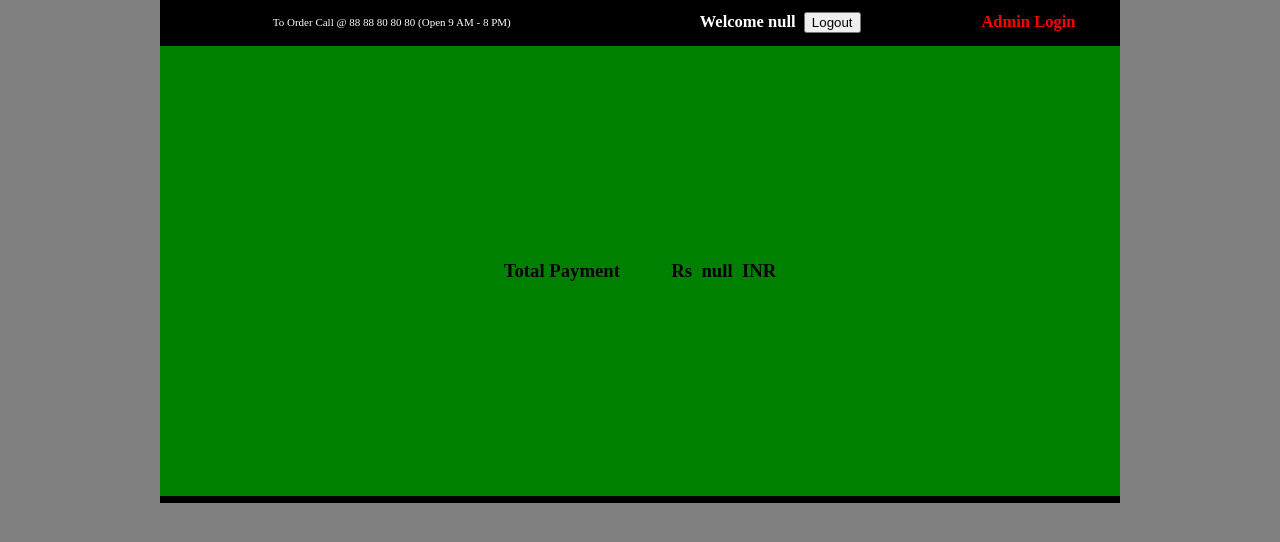
Repository: aashi12/e_mandi
Page: http://localhost/e_mandi/checkOut.jsp
An editor plug-in stored every save of this project. The page is shown before and after the next save, followed by the edit.
The browser window is 1280 px wide. The pictures show the whole page.
The page is served by Tomcat 9. Other server files are loaded and not shown.

Above is the page before, as saved 2014-04-13 10:23:44.

### e_mandi/WebContent/checkOut.jsp
<%@ page language="java" contentType="text/html; charset=ISO-8859-1"
    pageEncoding="ISO-8859-1"%>
<!DOCTYPE html PUBLIC "-//W3C//DTD HTML 4.01 Transitional//EN" "http://www.w3.org/TR/html4/loose.dtd">
<html>
<head>
<meta http-equiv="Content-Type" content="text/html; charset=ISO-8859-1">
<title>Online e-Mandi</title>
<link rel="stylesheet" href="style.css" />
</head>
<body bgcolor="gray">
<div id="container">
<div id="main">
<table border="0" width="960" height="255" cellspacing="0" cellpadding="0">
<tr>
<td height="30" bgcolor="black" class="order">
<table border="0" width="960" height="30" cellspacing="0" cellpadding="0">
<tr>
<td align="center"><p>To Order Call @ 88 88 80 80 80 (Open 9 AM - 8 PM)</p></td>
<td align="center">
<!-- user login details -->
<%
String usd =(String)session.getAttribute("user");
out.print("<h2>Welcome "+usd); %>&nbsp;
<a href="Logout1"><input type="button" value="Logout"></a></h2> </td>
<td align="center"><h2 class="admin"><a href="#">Admin Login</a></h2></td>
</tr></table></td>
</tr>
<tr>
<td bgcolor="green" height="450" align="center">
<!--  payment details    -->
<% Integer tot=(Integer)session.getAttribute("amount"); %>
<h3>Total Payment &nbsp;&nbsp;&nbsp;&nbsp;&nbsp;&nbsp;&nbsp;&nbsp;&nbsp;&nbsp;Rs &nbsp;<%= tot %> &nbsp;INR</h3>

</td>
</tr>
<tr>
<td height="7" bgcolor="black"></td>
</tr>
</table>
</div>
</div>
</body>
</html>

### e_mandi/WebContent/style.css
#container{margin-top:-10px;}
#main{margin: 0px auto;width:960px;}
.tab{color:#000;text-decoration:none;}
.tab a{color:#000;text-decoration:none;}
.tab a:hover{color:#fff;text-decoration:none;}
.tab12{color:#fff;text-decoration:none;}
.tab12 a{color:#fff;text-decoration:none;}
.tab12 a:hover{color:red;text-decoration:none;}
.bann{background-image: url(images/header.jpg);}
.order{color:#fff; font-size:11px;}
.free{padding-left:400px;}
.logo{padding-bottom:50px;}
.basket{border-radius:10px;}
.foot{color:#fff;}
.cat{color:#000;text-decoration:none;}
.cat a{color:red;text-decoration:none;}
.cat a:hover{color:green;text-decoration:none;}
.admin{color:red;text-decoration:none; }
.admin a{color:red; text-decoration:none;}
.admin a:hover{color:#fff;text-decoration:none; }
#con1{padding-left:20px;padding-right:20px;}
img{border:none;}
a{text-decoration:none;}
.log a{text-decoration:none;}
.section a{color:green;text-decoration:none;}
.section a:hover{color:red;text-decoration:none;}
.quick{color:green;text-decoration:underline;}
#login
{
	text-align:center;

}

After the next save:
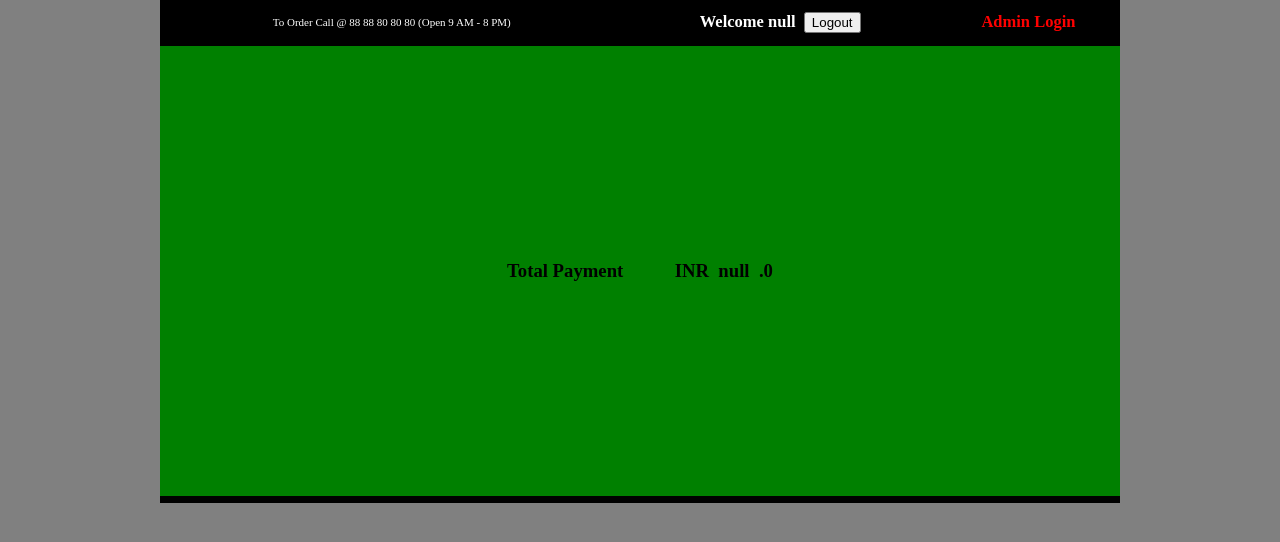
Saved 46 s later.
--- a/e_mandi/WebContent/checkOut.jsp
+++ b/e_mandi/WebContent/checkOut.jsp
@@ -29,7 +29,7 @@ out.print("<h2>Welcome "+usd); %>&nbsp;
 <td bgcolor="green" height="450" align="center">
 <!--  payment details    -->
 <% Integer tot=(Integer)session.getAttribute("amount"); %>
-<h3>Total Payment &nbsp;&nbsp;&nbsp;&nbsp;&nbsp;&nbsp;&nbsp;&nbsp;&nbsp;&nbsp;Rs &nbsp;<%= tot %> &nbsp;INR</h3>
+<h3>Total Payment &nbsp;&nbsp;&nbsp;&nbsp;&nbsp;&nbsp;&nbsp;&nbsp;&nbsp;&nbsp;INR &nbsp;<%= tot %> &nbsp;.0</h3>
 
 </td>
 </tr>
